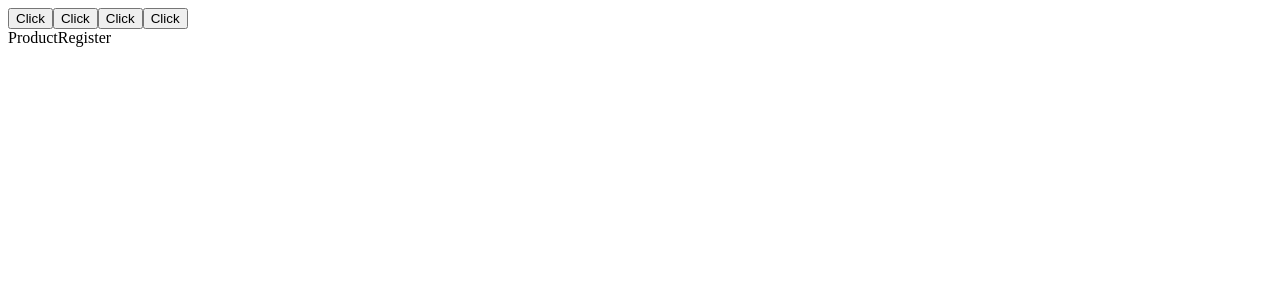
Repository: KennedyWanderson/crud-web
Page: /
An editor plug-in stored every save of this project. The page is shown before and after a run of saves, followed by the edit.
The browser window is 1280 px wide. The pictures show the whole page.
The project was rebuilt for these pictures with package versions that can differ from the ones it lists, and the page was loaded fresh each time. Also part of the build but not shown: src/Components/ProductList.js, src/Components/CategoryRegister.js, src/Components/CategotyList.js.

Above is the page before, as saved 2023-11-15 14:26:33.

After the next 2 saves:
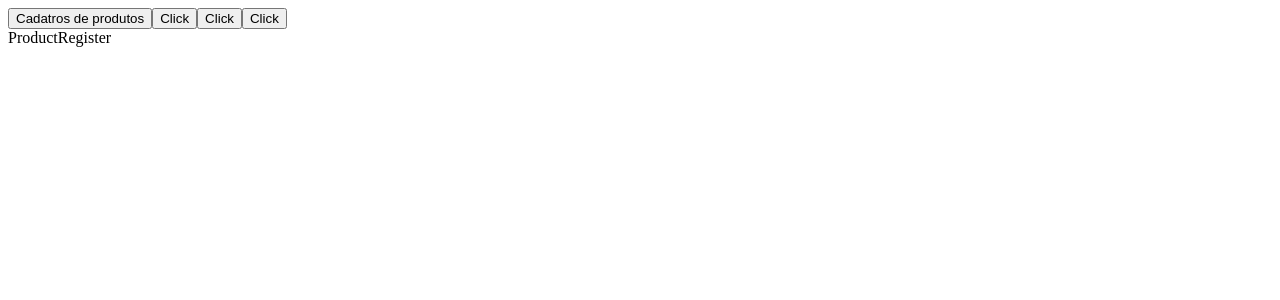
The 2 saves are shown as one change because they came seconds apart.
The last was saved 26 s later.
--- a/src/App.js
+++ b/src/App.js
@@ -22,7 +22,7 @@ function selectComponent(){
 
   return (
     <div>
-      <button onClick={() => {setVisible(1)}}>Click</button>
+      <button onClick={() => {setVisible(1)}}>Cadatros de produtos</button>
       <button onClick={() => {setVisible(2)}}>Click</button>
       <button onClick={() => {setVisible(3)}}>Click</button>
       <button onClick={() => {setVisible(4)}}>Click</button>
